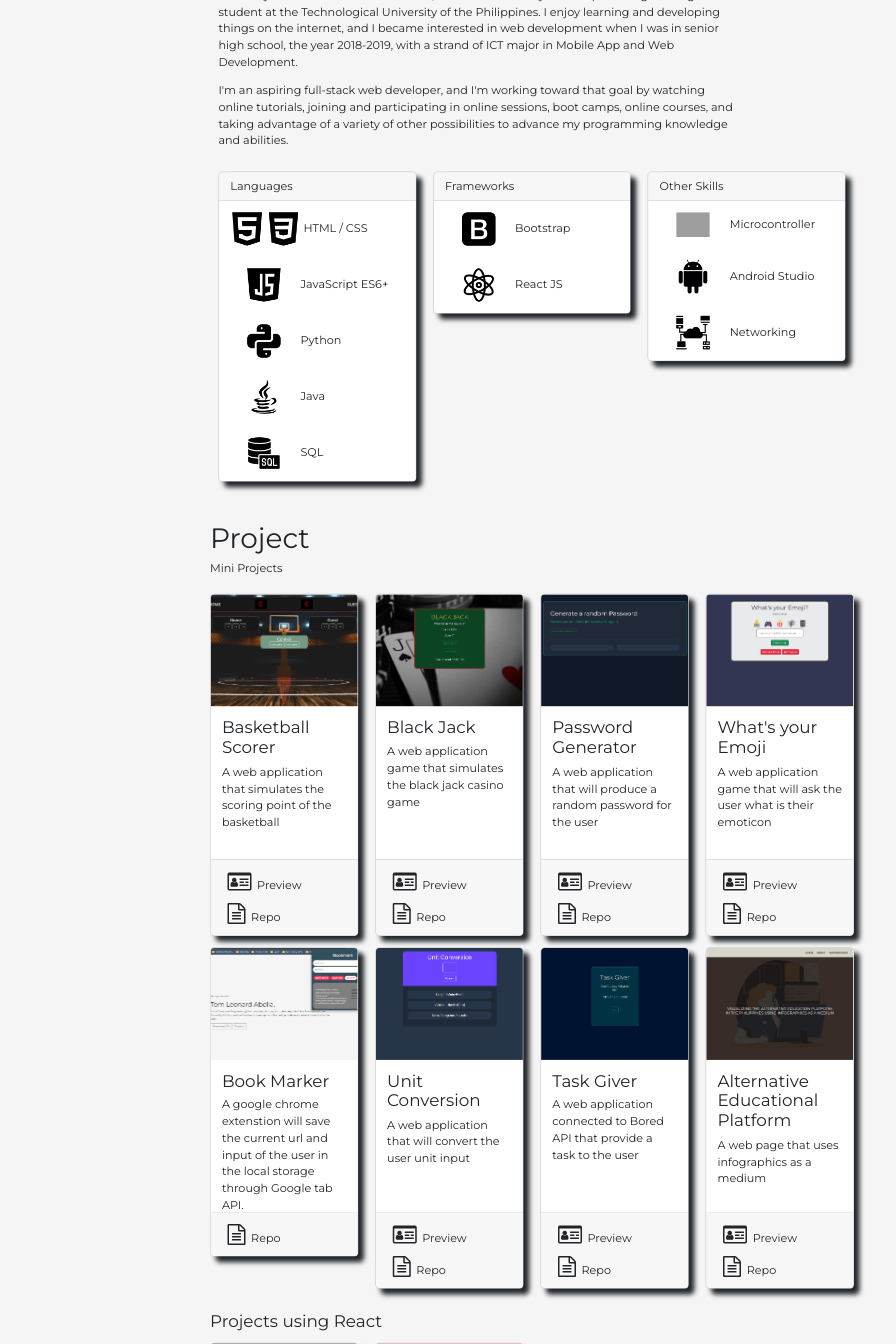
Repository: tom-abella/Portfolio
Page: index.html
These files come from the project's save history. The page is drawn as it stood at one moment and after the next save; the edit follows.
The browser window is 1280 px wide. The pictures show the part of the page from y = 803 to 2723 px (the page is 3347 px tall), at 70% of full size.
Pictures or frames that could not be fetched are drawn as grey boxes.

Above is the page before, as saved 2022-11-25 11:22:42.
Console error: ReferenceError: emailjs is not defined

After the next save:
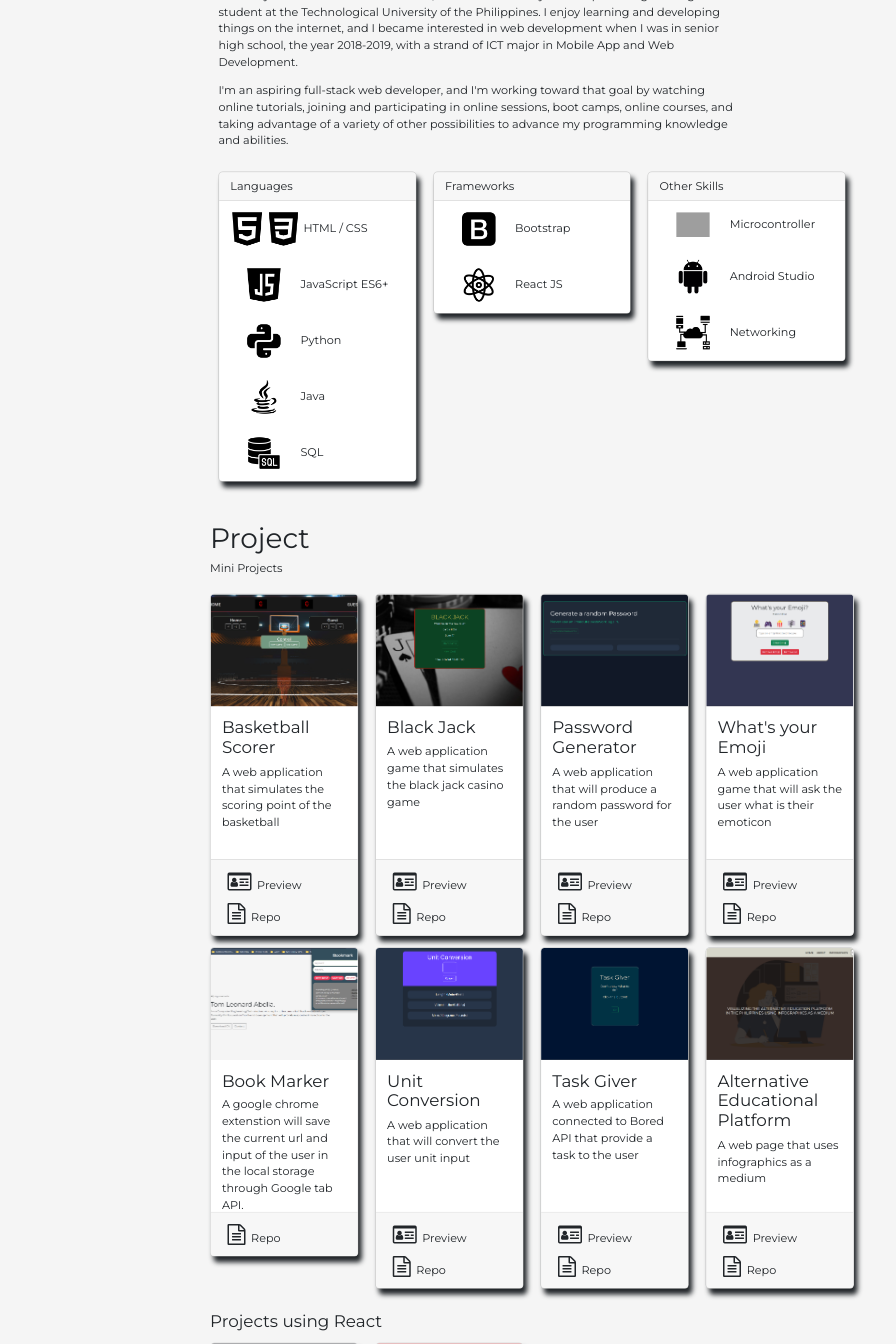
Saved 5 s later.
--- a/style.css
+++ b/style.css
@@ -17,7 +17,7 @@ img{
 
 }
 .card{
-    box-shadow: 8px 8px 8px #212529;
+    box-shadow: 5px 8px 8px #212529;
 }
 .navbar .nav-link.active{
     color:grey;
